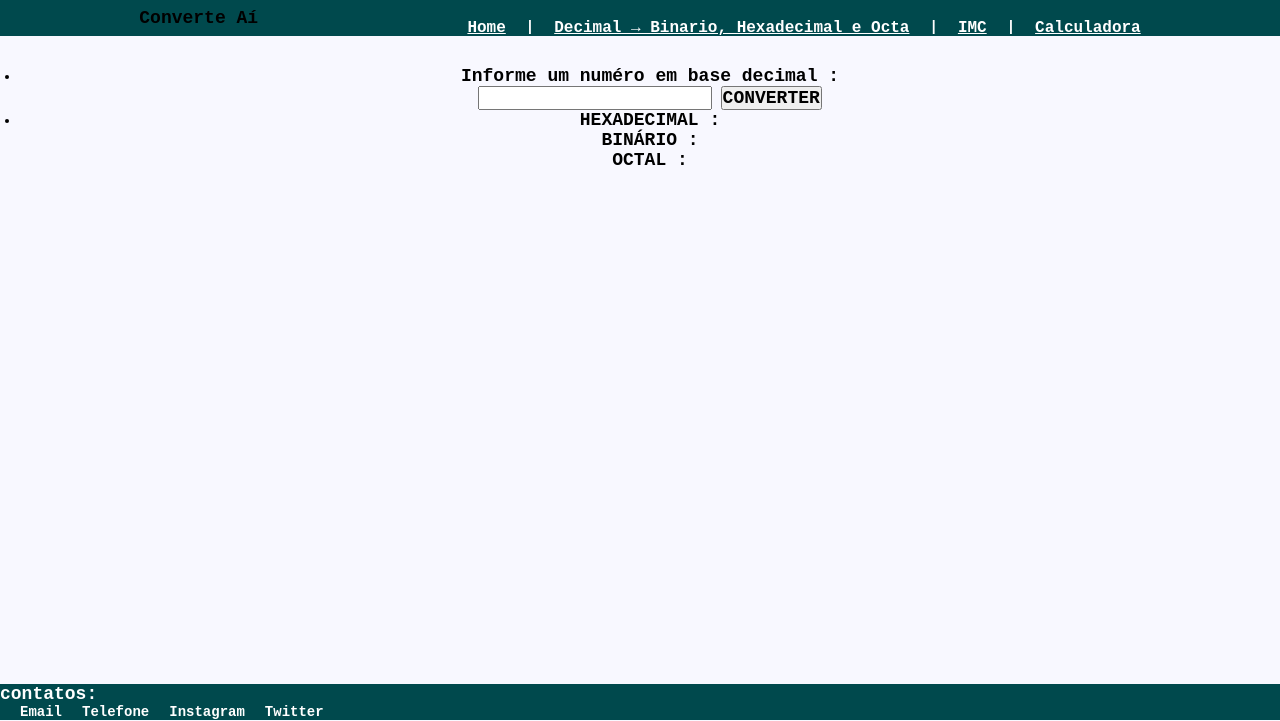
Repository: Frav1u/converteai
Page: ConverteAi/src/main/webapp/decimalParaBinario.html
An editor plug-in stored every save of this project. The page is shown before and after the next save, followed by the edit.
The browser window is 1280 px wide. The pictures show the whole page.
Some web fonts or font styles are not loaded; a fallback is used.

Above is the page before, as saved 2023-10-01 01:12:45.

After the next save:
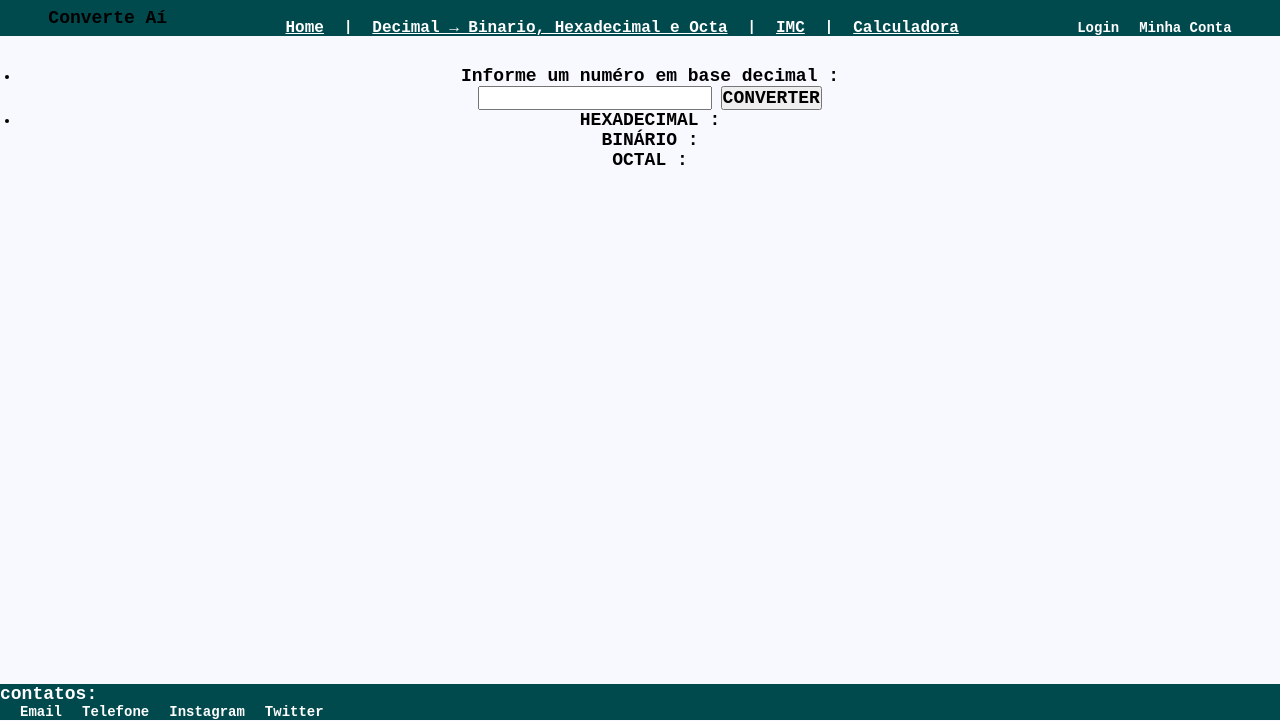
Saved 33 s later.
--- a/ConverteAi/src/main/webapp/decimalParaBinario.html
+++ b/ConverteAi/src/main/webapp/decimalParaBinario.html
@@ -21,6 +21,10 @@
 				<li><a href="calculadora.html">Calculadora</a></li>
 			</ul>
 		</nav>
+			<ul class="conta">
+			<li>Login</li>
+			<li>Minha Conta</li>
+		</ul>
 	</header>
 	<main class="conversorBase">
 		<div class="caixa">
